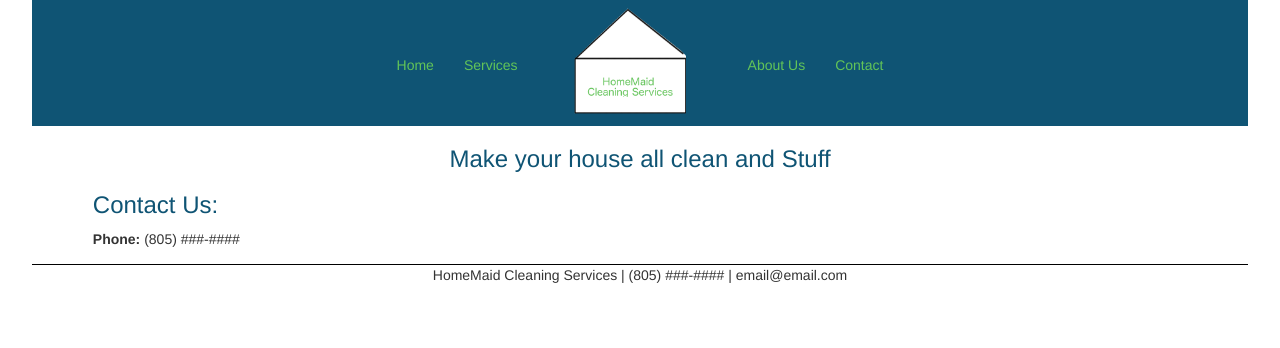
Repository: alprusa/HomeMaid-Cleaning-Service
Page: HomeMaid-Cleaning-Service/contact/index.html
These files come from the project's save history. The page is drawn as it stood at one moment and after the next save; the edit follows.
The browser window is 1280 px wide. The pictures show the whole page.

Above is the page before, as saved 2016-07-11 02:32:03.

After the next save:
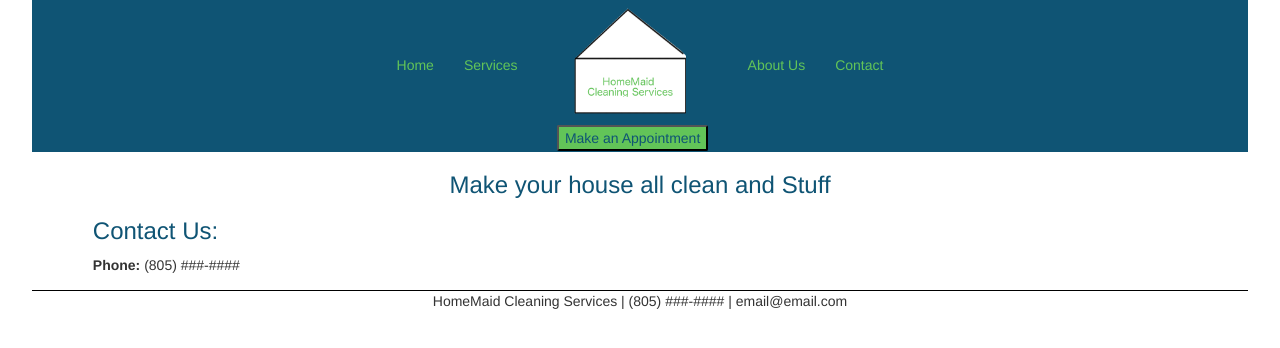
Saved 15 s later.
--- a/HomeMaid-Cleaning-Service/contact/index.html
+++ b/HomeMaid-Cleaning-Service/contact/index.html
@@ -44,8 +44,10 @@
 								<div class="navbar-header">
                         			<!--Logo image button to go make to main page-->
                        				 <a href="../"><img src="../img/TempLogo.png" class="img-responsive" id="logo"/></a>
+                       				 <form action="services/">
+										 <button type="submit" id="appointment" href="#">Make an Appointment</button>
+									 </form>
                    				 </div>
-
 	                        </li>
 							<li class="navTabs"><a href="../about/">About Us</a></li>
 							<li class="navTabs"><a href="../contact/">Contact</a></li>
